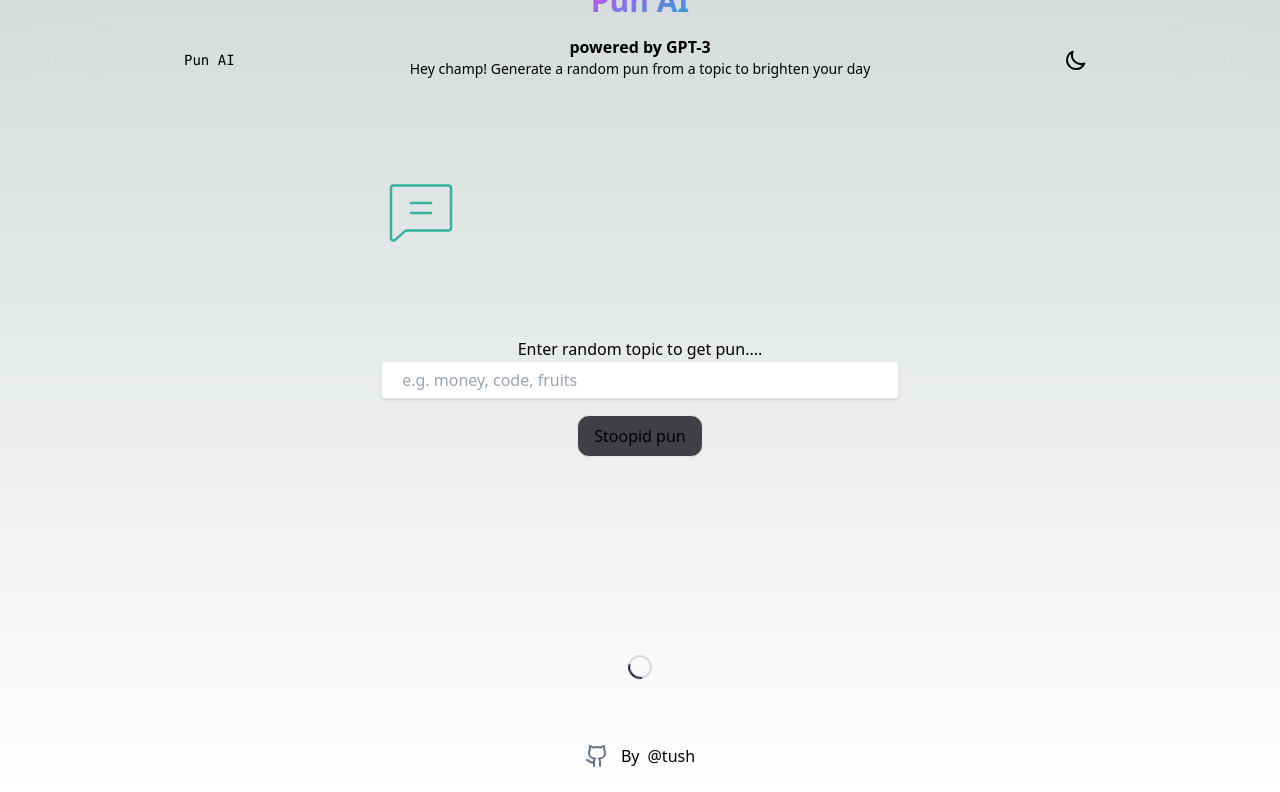
Repository: tushcmd/next-puns-ai
Page: /
An editor plug-in stored every save of this project. The page is shown before and after the next save, followed by the edit.
The browser window is 1280 px wide. The pictures show the whole page.
The project was rebuilt for these pictures with package versions that can differ from the ones it lists, and the page was loaded fresh each time. The framework's server and built-in components were replaced by stand-ins that run in the browser. Also part of the build but not shown: next.config.mjs.

Above is the page before, as saved 2024-03-10 03:29:13.

After the next save:
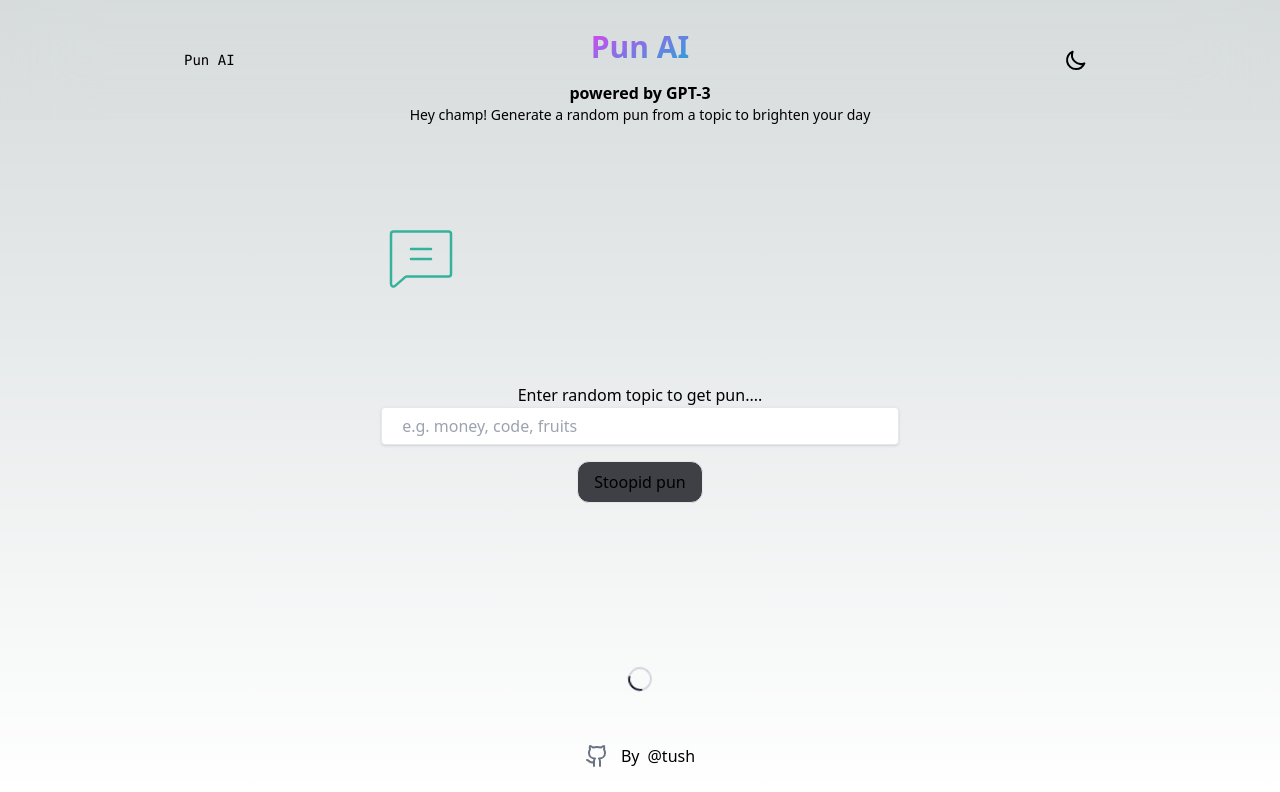
Saved 42 s later.
--- a/app/components/Spinner.tsx
+++ b/app/components/Spinner.tsx
@@ -1,6 +1,6 @@
 export default function Spinner() {
     return (
-        <div className="grid min-h-[140px] w-full place-items-center overflow-x-scroll rounded-lg p-6 lg:overflow-visible">
+        <div className="grid min-h-[35px] w-full place-items-center overflow-x-scroll rounded-lg p-6 lg:overflow-visible">
             <svg className="text-gray-300 animate-spin" viewBox="0 0 64 64" fill="none" xmlns="http://www.w3.org/2000/svg"
                 width="24" height="24">
                 <path
